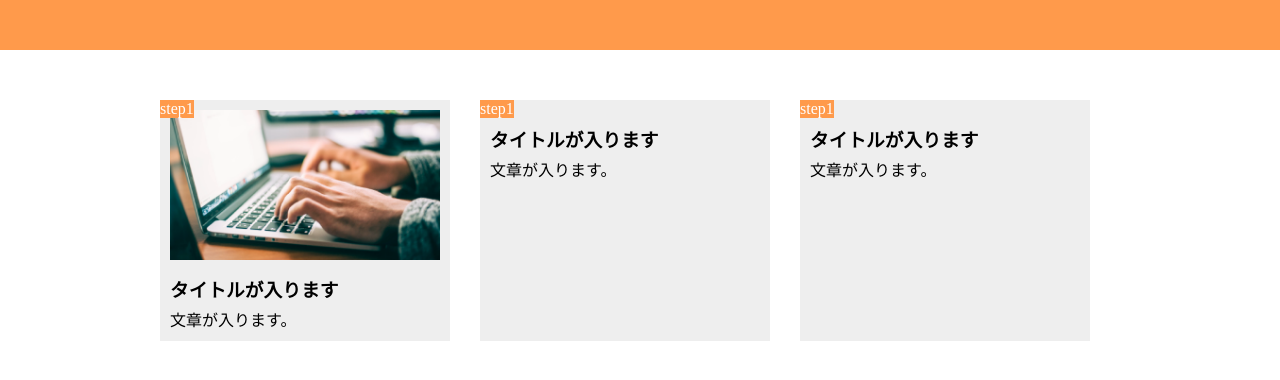
Repository: kawashimq/git-practice
Page: practice/html-9.html
The author's editor kept a record of every edit. The page is drawn from the files as they stood at one moment, then again after the next edit.
The browser window is 1280 px wide. The pictures show the whole page.

Above is the page before.

After the next edit:
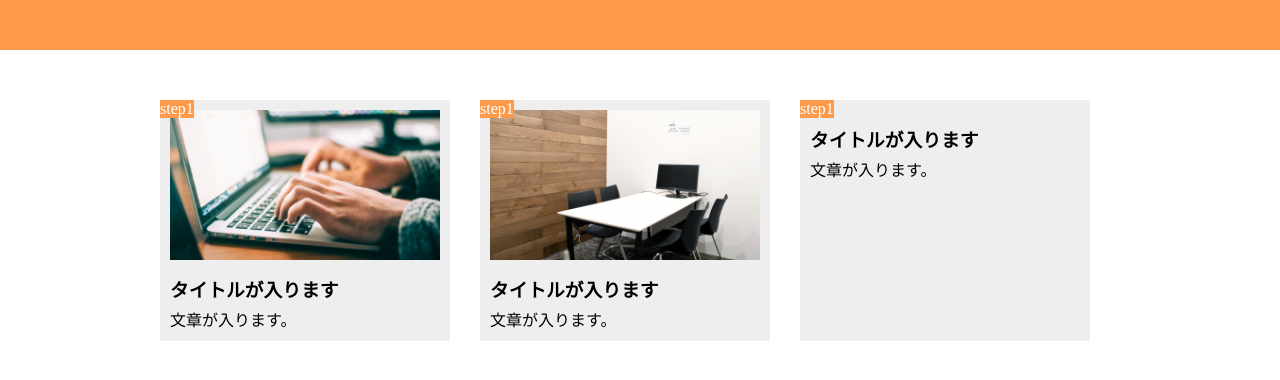
The edit:
--- a/practice/html-9.html
+++ b/practice/html-9.html
@@ -18,6 +18,7 @@
        <p class="text">文章が入ります。</p>
      </div>
      <div class="box-img">
+       <div class="img2"></div>
        <span>step1</span>
        <h3 class="title">タイトルが入ります</h3>
        <p class="text">文章が入ります。</p>
